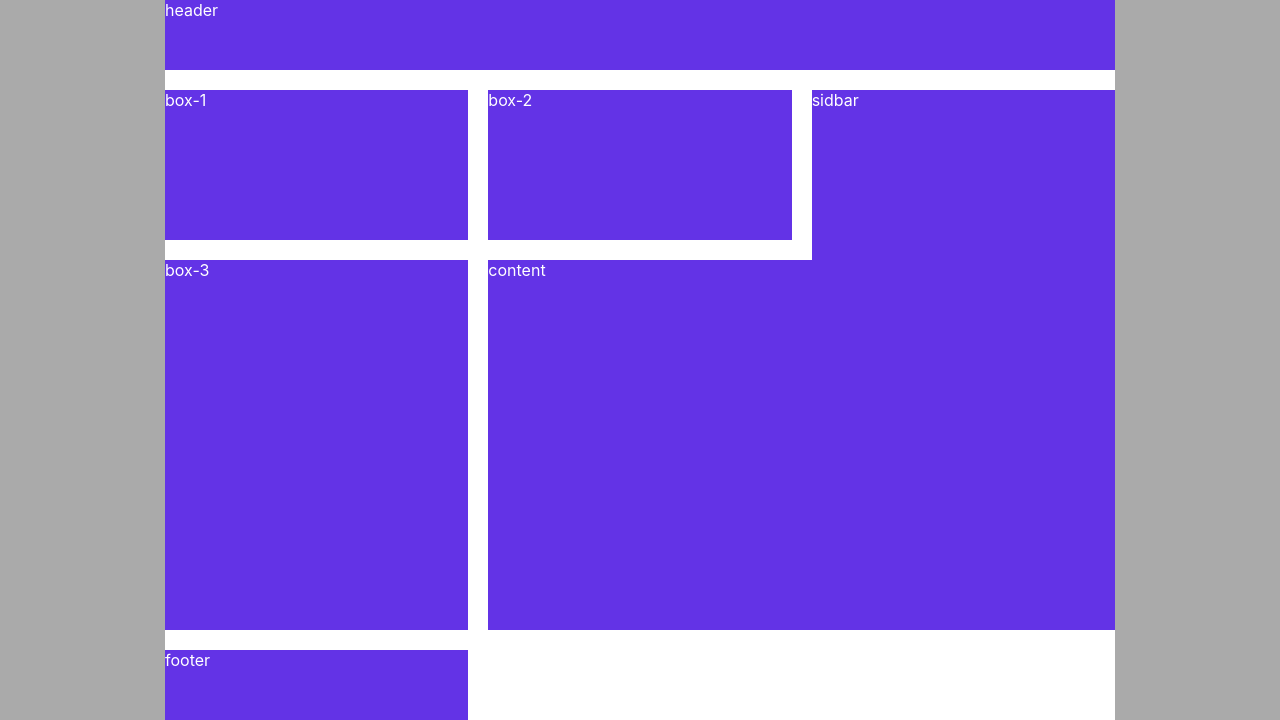
Repository: SD-Mdouka/project_step
Page: /
The author's editor kept a copy of each file at every save. The page is drawn from the files as they stood at one save, then again after the next save.
The browser window is 1280 px wide. The pictures show the whole page.
The project was rebuilt for these pictures with package versions that can differ from the ones it lists, and the page was loaded fresh each time.

Above is the page before, as saved 2022-09-07 12:55:35.

After the next save:
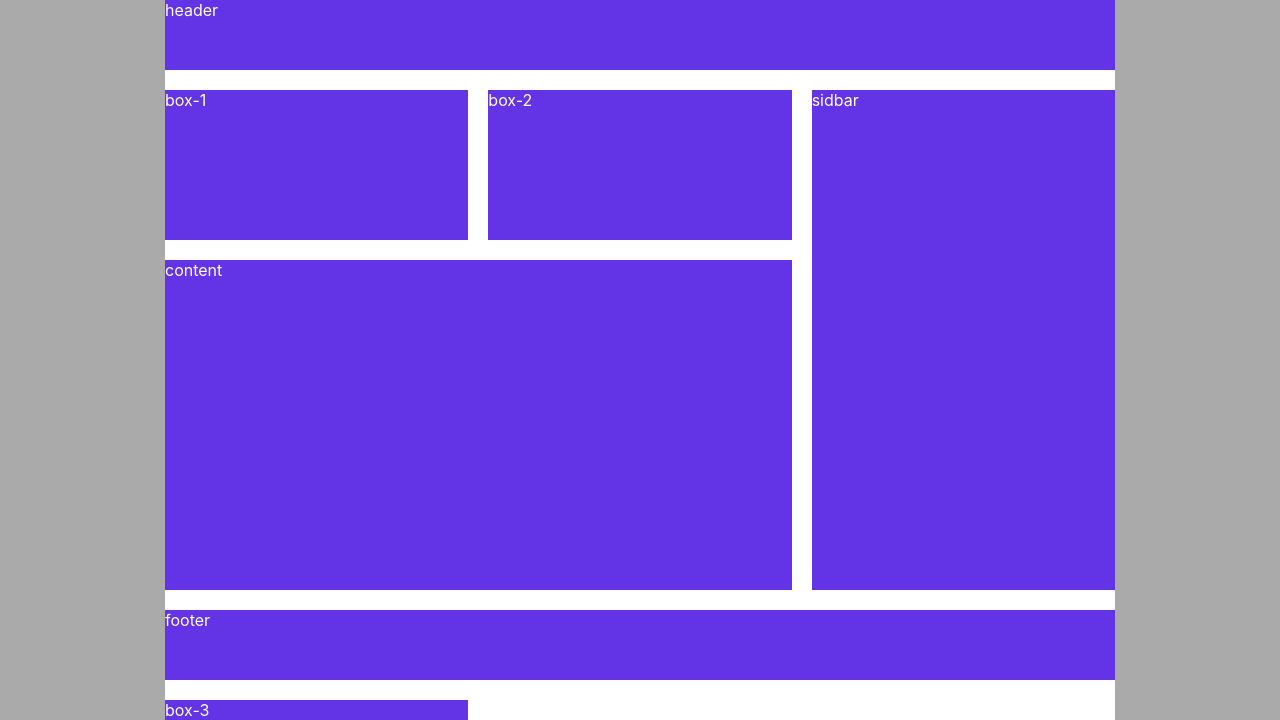
Saved 98 s later.
--- a/src/style-grid.css
+++ b/src/style-grid.css
@@ -26,5 +26,10 @@
 
 .content {
     grid-row: 3/4;
-    grid-column: 2/-1;
+    grid-column: 1/-2;
 }
+
+.footer {
+    grid-row: -2/-1;
+    grid-column: 1/-1;
+}
